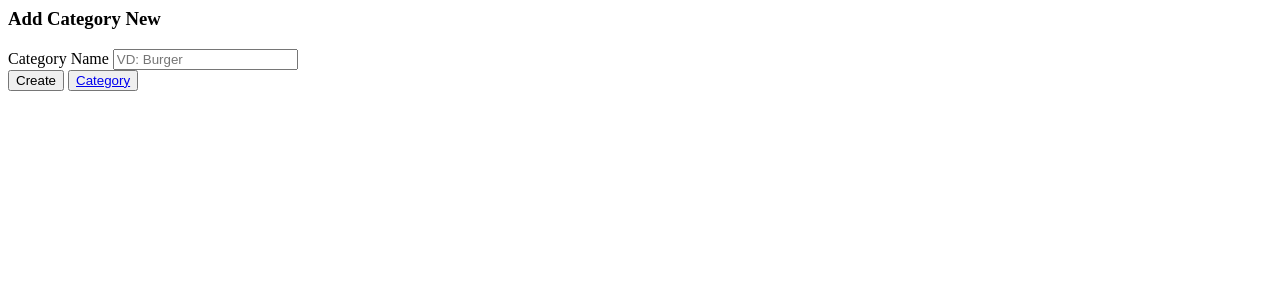
Repository: QunDev/du_an
Page: http://localhost/admin/categories/createCategory.php
An editor plug-in stored every save of this project. The page is shown before and after the next save, followed by the edit.
The browser window is 1280 px wide. The pictures show the whole page.
The page is run by PHP 8.4 with error messages shown; the project is at /var/www/html/.

Above is the page before, as saved 2023-11-22 10:19:22.

After the next save:
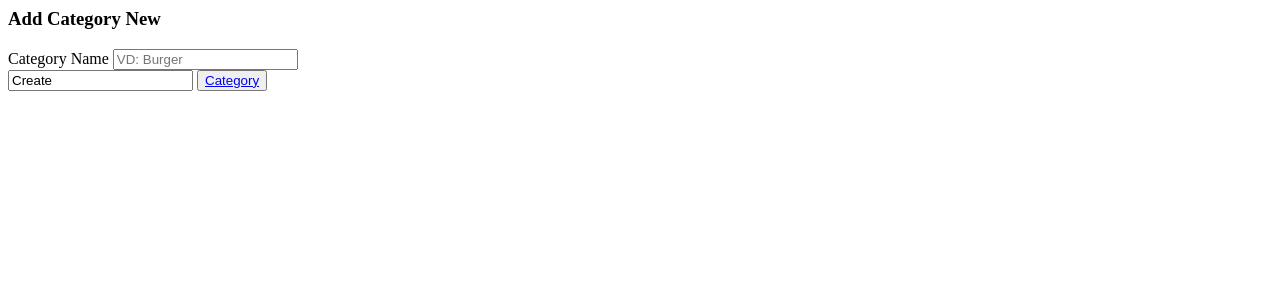
Saved 2 min 10 s later.
--- a/admin/categories/createCategory.php
+++ b/admin/categories/createCategory.php
@@ -22,7 +22,7 @@
           />
         </div>
 
-        <input type="submit" value="Create" name="btnSubmit" class="form-submit">
+        <input value="Create" class="form-submit">
         <button class="form-submit" type="button"><a href="index.php?action=listCategory">Category</a></button>
 
         <!-- <button class="form-submit" type="button" name="btnSubmit">Thêm</button> -->
